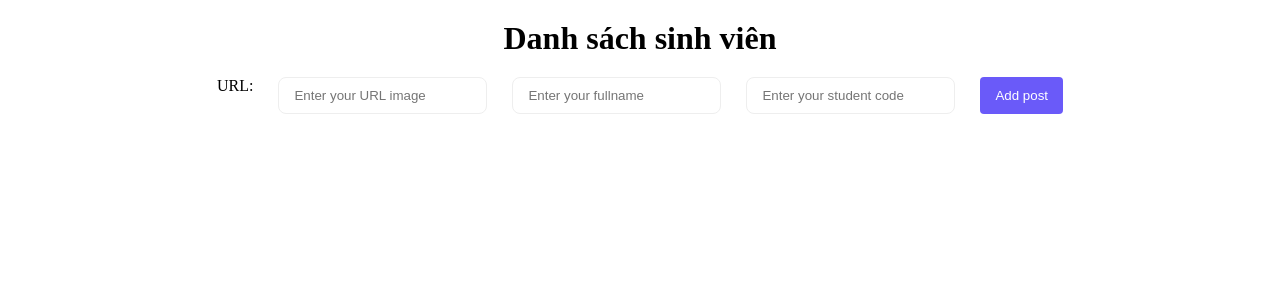
Repository: doquang195/demo-api
Page: indext.html
An editor plug-in stored every save of this project. The page is shown before and after a run of saves, followed by the edit.
The browser window is 1280 px wide. The pictures show the whole page.

Above is the page before, as saved 2023-10-04 21:48:07.

### indext.html
<!DOCTYPE html>
<html lang="en">
    <head>
        <meta charset="UTF-8" />
        <meta name="viewport" content="width=device-width, initial-scale=1.0" />
        <link rel="stylesheet" href="./reset.css" />
        <link rel="stylesheet" href="./style.css" />
        <title>Demo Rest API</title>
    </head>
    <body>
        <div>
            <h2 class="heading">Danh sách sinh viên</h2>
            <div id="list-courses"></div>
        </div>
        <form action="" class="form-post" method="post">
            <label>URL:</label>
            <input
                type="text"
                name="image"
                placeholder="Enter your URL image"
            />

            <input type="text" name="name" placeholder="Enter your fullname" />
            <input
                type="text"
                name="author"
                placeholder="Enter your student code"
            />
            <button type="submit">Add post</button>
        </form>
        <script src="./app.js"></script>
    </body>
</html>

### reset.css
html {
    box-sizing: border-box;
}
* {
    margin: 0;
    padding: 0;
}
*,
*:before,
*:after {
    box-sizing: border-box;
}
input,
textarea,
select,
button {
    outline: none;
}
input {
    line-height: normal;
}
label,
button {
    cursor: pointer;
}
a {
    text-decoration: none;
}
img {
    display: block;
    max-width: 100%;
}

### style.css
.heading {
    font-size: 32px;
    text-align: center;
    padding: 20px;
}

.form-post {
    display: flex;
    justify-content: center;
    gap: 0 25px;
}

.form-post input {
    padding: 10px 15px;
    border: 1px solid #eee;
    border-radius: 8px;
}

.form-post button {
    background-color: #6a5af9;
    color: white;
    border: 0;
    outline: none;
    padding: 10px 15px;
    border-radius: 4px;
}

### app.js
// let coursesAPI = "http://localhost:3000/courses";

// function start() {
//     getCourses(renderCourses);
//     handleCreateForm();
// }

// start();

// function getCourses(callback) {
//     fetch(coursesAPI)
//         .then((res) => res.json())
//         .then(callback);
// }

// function createCourse(data, callback) {
//     let options = {
//         method: "POST",
//         headers: {
//             "Content-Type": "application/json",
//         },
//         body: JSON.stringify(data),
//     };
//     fetch(coursesAPI, options)
//         .then((res) => res.json())
//         .then(callback);
// }

// function handleDeleteCourse(id) {
//     let options = {
//         method: "DELETE",
//         headers: {
//             "Content-Type": "application/json",
//         },
//     };
//     fetch(coursesAPI + "/" + id, options)
//         .then((res) => res.json())
//         .then(function () {
//             const courseItem = document.querySelector(".course-" + id);
//             if (courseItem) {
//                 courseItem.remove();
//             }
//         });
// }

// function renderCourses(courses) {
//     let listCourses = document.querySelector("#list-courses");
//     const htmls = courses.map(function (course) {
//         return `
//             <div class="course-${course.id}" style="width: 300px, height: 300px">
//                 <h4>${course.name}</h4>
//                 <p>${course.description}</p>
//                 <button onclick="handleDeleteCourse(${course.id})">Xoa</button>
//             </div>`;
//     });
//     listCourses.innerHTML = htmls;
// }

// function handleCreateForm() {
//     const createBtn = document.querySelector("#create");
//     createBtn.onclick = function () {
//         const name = document.querySelector('input[name="name"]').value;
//         const description = document.querySelector(
//             'input[name="description"]'
//         ).value;
//         const formData = {
//             name: name,
//             description: description,
//         };
//         createCourse(formData, function () {
//             getCourses(renderCourses);
//         });
//     };
// }
const student = {
    image: "",
    studentCode: "",
    name: "",
};

// async function addPost(title, author) {
//     const response = await fetch("http://localhost:3000/courses", {
//         method: "POST",
//         body: JSON.stringify({
//             title,
//             author,
//         }),
//         headers: {
//             "Content-type": "application/json; charset=UTF-8",
//         },
//     });
//     return response;
// }

// const formPost = document.querySelector(".form-post");
// formPost.addEventListener("submit", function (e) {
//     e.preventDefault();
//     const title = this.elements["title"].value;
//     const author = this.elements["author"].value;
//     addPost(title, author);
// });

After the next 4 saves:
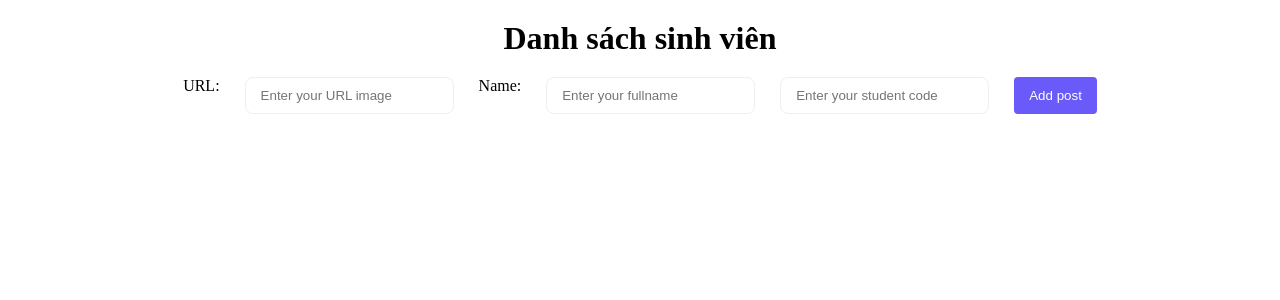
The 4 saves are shown as one change because they came seconds apart.
The last was saved 15 s later.
--- a/indext.html
+++ b/indext.html
@@ -19,7 +19,7 @@
                 name="image"
                 placeholder="Enter your URL image"
             />
-
+            <label>Name:</label>
             <input type="text" name="name" placeholder="Enter your fullname" />
             <input
                 type="text"
